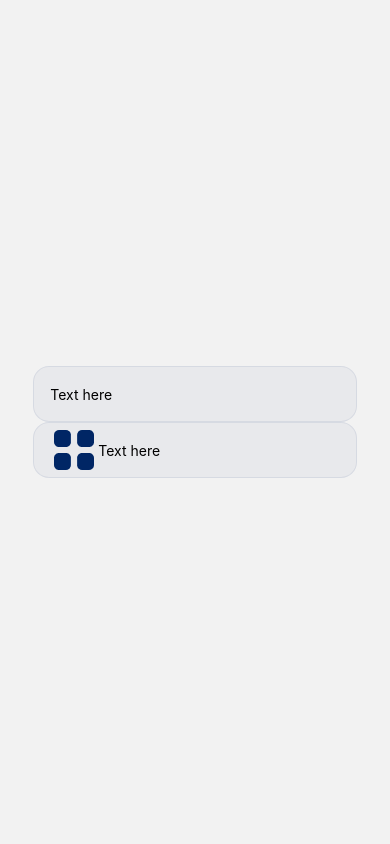
Repository: hungdomanh95/setuptheme
Screen: /
An editor plug-in stored every save of this project. The screen is shown before and after a run of saves, followed by the edit.
The app was drawn by React Native's web renderer in a window 390 px wide. The project was rebuilt for these pictures with package versions that can differ from the ones it lists, and the page was loaded fresh each time. Also part of the build but not shown: src/components/Fade/index.js, src/components/Slide/index.js, src/components/RNBotton/index.js, src/components/RNCheckbox/index.js.

Above is the screen before, as saved 2022-05-17 16:38:16.

After the next 3 saves:
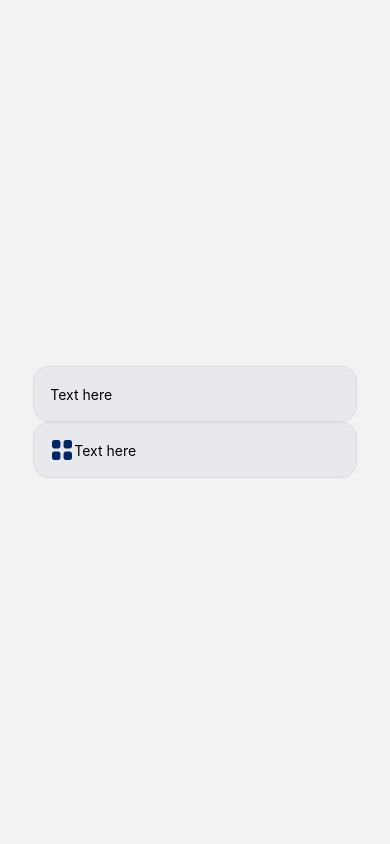
The 3 saves are shown as one change because they came seconds apart.
The last was saved 14 s later.
--- a/src/components/Input/index.js
+++ b/src/components/Input/index.js
@@ -7,7 +7,7 @@ const Input = (props) => {
   console.log('iconLeft: ', iconLeft);
   return (
     <View style={styles.container}>
-      {iconLeft && <Image source={iconLeft} />}
+      {iconLeft && <Image source={iconLeft} style={styles.icon} />}
       <TextInput placeholder={placeholder || "Text here"} />
     </View>
   )
